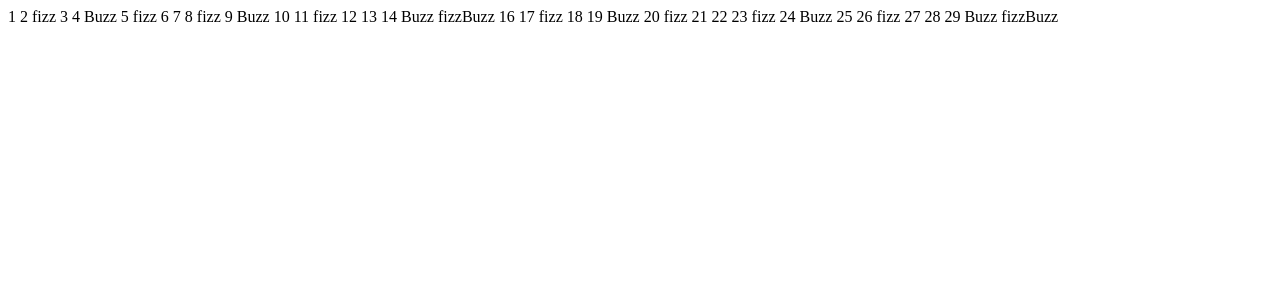
Repository: kazyakuma/Samurai_JS
Page: http://localhost/php/for.php
The author's editor kept a record of every edit. The page is drawn from the files as they stood at one moment, then again after the next edit.
The browser window is 1280 px wide. The pictures show the whole page.
The page is run by PHP 8.4 with error messages shown; the project is at /var/www/html/.

Above is the page before.

### php/for.php
<?php
/*
for($i = 1; $i <= 10; $i++){
    print("hello"."\n");
}

$animals = ["dog", "cat", "bird"];
foreach($animals as $animal){
    print($animal."\n");
}

*/

/*演習*/
for($i = 1; $i <=30; $i++){
    if($i % 3 == 0 && $i % 5 != 0){
        print("fizz"."\n");
    }
    if($i % 5 == 0){
        print("Buzz"."\n");
    }
    if($i % 5 == 0 && $i % 3 == 0){
        print("fizzBuzz"."\n");
    }
    else{
        print($i."\n");
    }
}

?>

After the next edit:
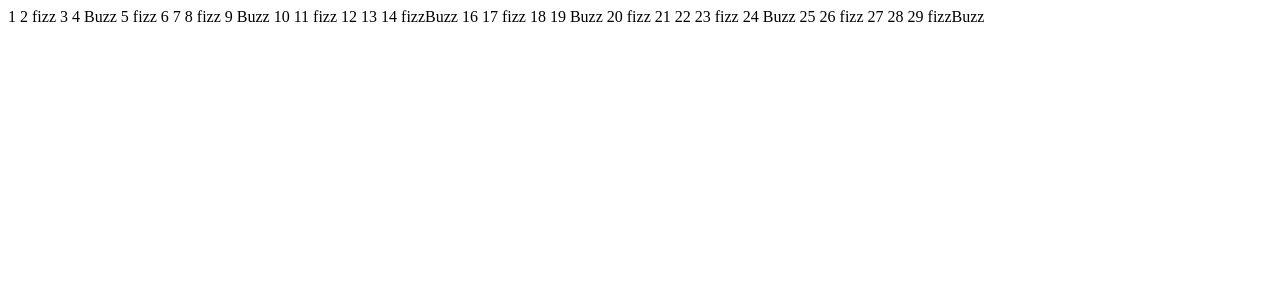
The edit:
--- a/php/for.php
+++ b/php/for.php
@@ -16,7 +16,7 @@
     if($i % 3 == 0 && $i % 5 != 0){
         print("fizz"."\n");
     }
-    if($i % 5 == 0){
+    if($i % 5 == 0 && $i % 3 != 0){
         print("Buzz"."\n");
     }
     if($i % 5 == 0 && $i % 3 == 0){
